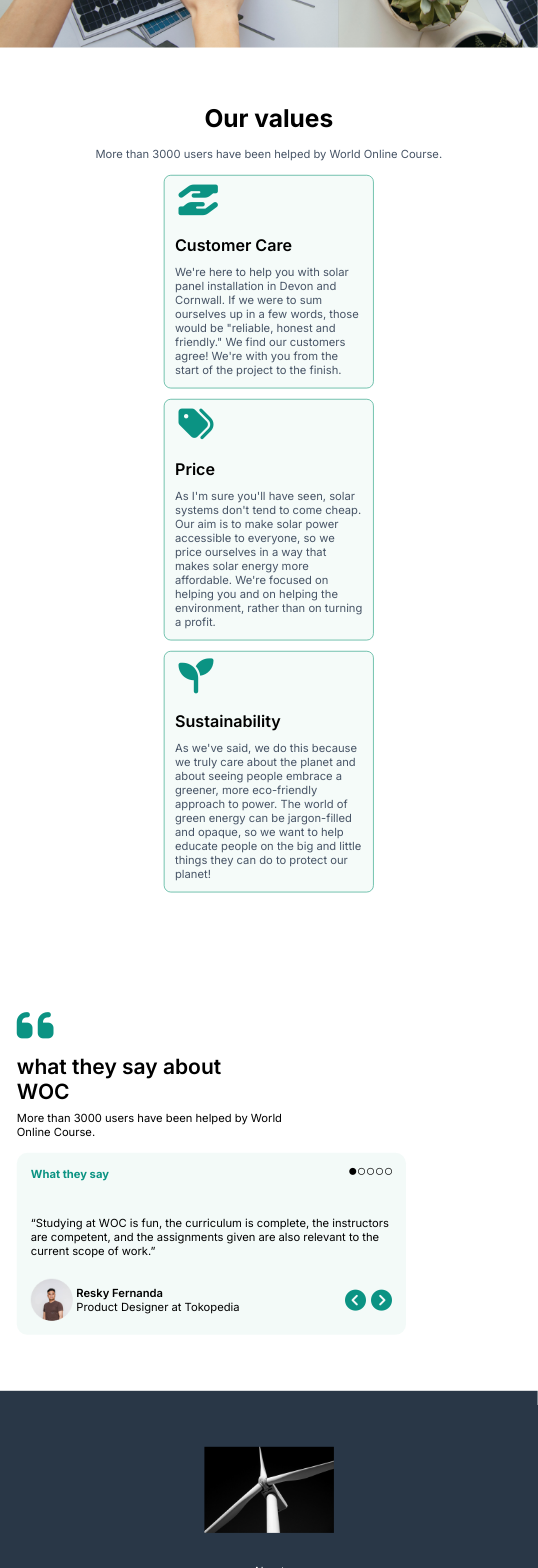
Repository: zeinawady/Solar-Company-Template
Page: index.html
These files come from the project's save history. The page is drawn as it stood at one moment and after the next save; the edit follows.
The browser window is 768 px wide. The pictures show the part of the page from y = 3437 to 5677 px (the page is 6311 px tall before and 5908 px after), at 70% of full size.
Some web fonts or font styles are not loaded; a fallback is used.

Above is the page before, as saved 2024-09-21 14:49:55.

After the next save:
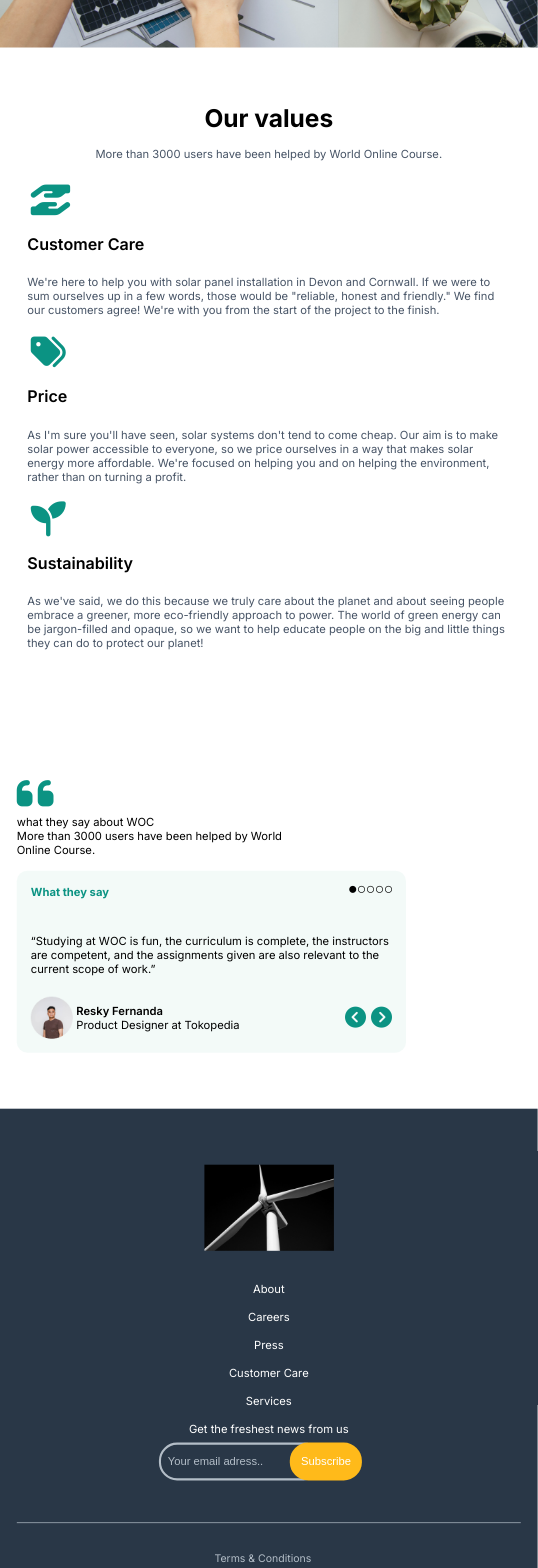
Saved 15 s later.
--- a/css/style.css
+++ b/css/style.css
@@ -483,97 +483,6 @@ progress::-webkit-progress-value {
 /* end replace */
 
 /* start energy */
-.energy {
-    background-color: hsla(42, 100%, 55%, 0.05);
-}
-
-.energy .container {
-    padding-top: 80px;
-    padding-bottom: 80px;
-    display: flex;
-    justify-content: center;
-    gap: 100px;
-}
-
-.icon {
-    width: 60px;
-    height: 60px;
-    background-color: hsla(165, 48%, 45%, 0.15);
-    border-radius: 15px;
-    padding-top: 5px;
-
-}
-
-.icon-frame {
-    width: 50px;
-    height: 50px;
-    background-color: hsla(165, 48%, 45%, 1);
-    border-radius: 15px;
-    margin: 0 auto;
-    text-align: center;
-    padding-top: 15px;
-    color: white;
-
-
-
-}
-
-.energy-mainText {
-    font-size: 30px;
-    font-weight: 600;
-    max-width: 360px;
-    padding: 10px 0;
-
-}
-
-.energy-cards {
-    display: grid;
-    grid-template-columns: 1fr 1fr;
-    justify-content: center;
-    gap: 20px;
-
-}
-
-.energy-cardItem {
-    background-color: hsla(165, 48%, 45%, 0.05);
-    border: 1px solid;
-    border-color: hsla(165, 48%, 45%, 1);
-    border-radius: 10px;
-    max-width: 360px;
-}
-
-.energy-cardItem img {
-    width: 300px;
-    border-radius: 10px;
-}
-
-.energycard-title {
-    padding-bottom: 0px;
-}
-
-.energycard-arrow {
-    padding-bottom: 3px;
-}
-
-@media (max-width:768px) {
-    .energy .container {
-        flex-direction: column;
-        text-align: center;
-        justify-content: space-around;
-    }
-
-    .energy-cards {
-        grid-template-columns: 1fr;
-        max-width: 200px;
-        margin: 0 auto;
-        gap: 15px;
-    }
-
-    .icon {
-        margin: 0 auto;
-    }
-
-}
 
 /* end energy */
 
